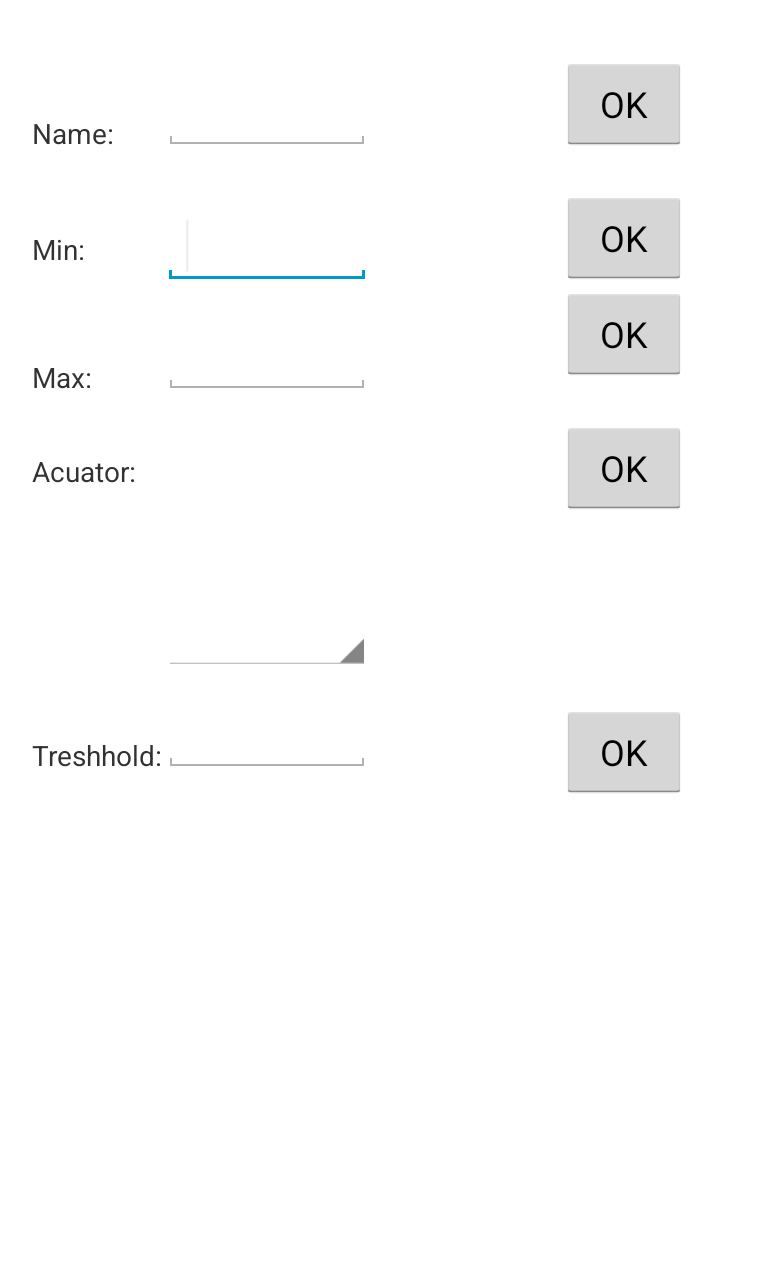
Repository: CTIS-SP-Team5/greenAgent
Layout: Android/GreenAgent/GreenAgent/res/layout/activity_view_setting.xml
An editor plug-in stored every save of this project. The layout is shown before and after the next save, followed by the edit.
It is drawn on a 768 x 1280 px phone screen (xhdpi) without system bars, with theme AppTheme; the app's code is not run.

Above is the layout before, as saved 2014-05-05 18:05:46.

After the next save:
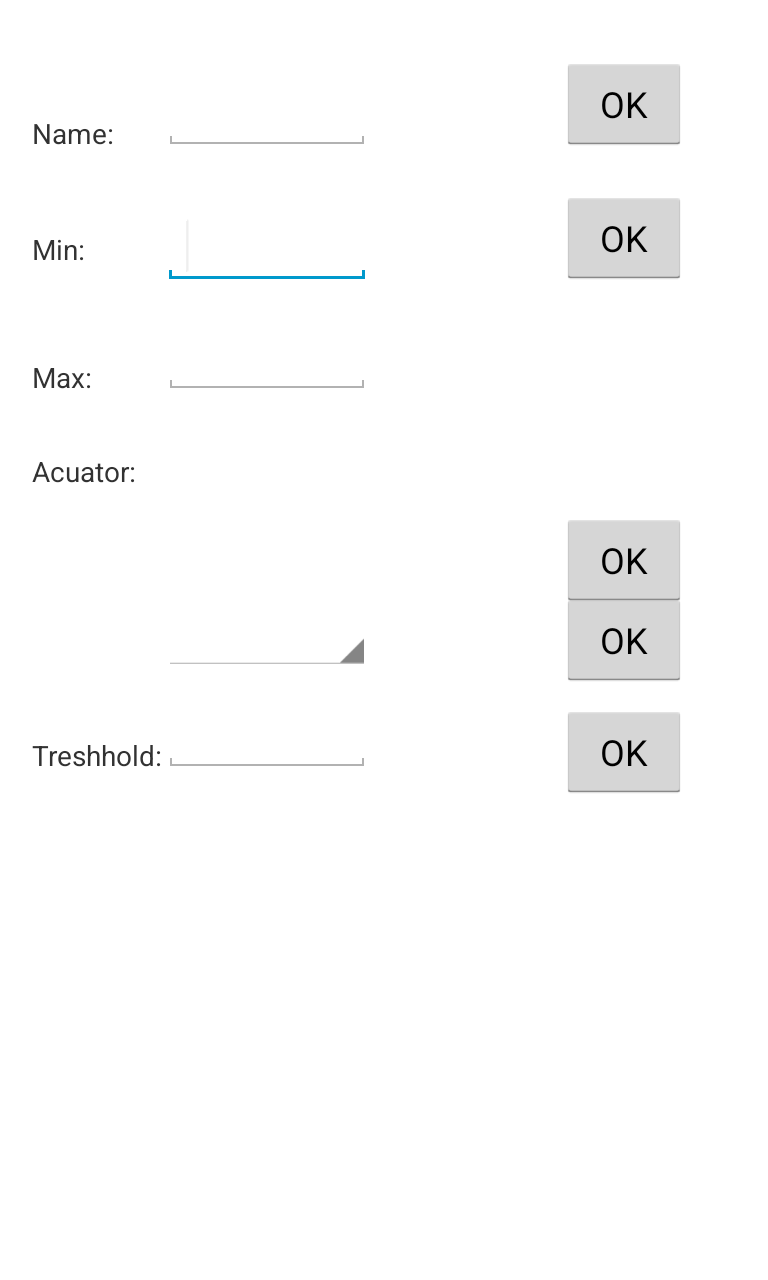
Saved 30 s later.
--- a/Android/GreenAgent/GreenAgent/res/layout/activity_view_setting.xml
+++ b/Android/GreenAgent/GreenAgent/res/layout/activity_view_setting.xml
@@ -88,14 +88,6 @@
         android:layout_centerVertical="true" />
 
     <Button
-        android:id="@+id/button3"
-        android:layout_width="wrap_content"
-        android:layout_height="wrap_content"
-        android:layout_alignRight="@+id/button2"
-        android:layout_below="@+id/button2"
-        android:text="OK" />
-
-    <Button
         android:id="@+id/button2"
         android:layout_width="wrap_content"
         android:layout_height="wrap_content"
@@ -110,15 +102,6 @@
         android:layout_alignBottom="@+id/editText1"
         android:layout_alignParentRight="true"
         android:layout_marginRight="24dp"
-        android:text="OK" />
-
-    <Button
-        android:id="@+id/button4"
-        android:layout_width="wrap_content"
-        android:layout_height="wrap_content"
-        android:layout_alignBaseline="@+id/textView4"
-        android:layout_alignBottom="@+id/textView4"
-        android:layout_alignLeft="@+id/button3"
         android:text="OK" />
 
     <Button
@@ -139,4 +122,20 @@
         android:layout_marginTop="32dp"
         android:text="Treshhold:" />
 
+    <Button
+        android:id="@+id/button4"
+        android:layout_width="wrap_content"
+        android:layout_height="wrap_content"
+        android:layout_alignLeft="@+id/button3"
+        android:layout_centerVertical="true"
+        android:text="OK" />
+
+    <Button
+        android:id="@+id/button3"
+        android:layout_width="wrap_content"
+        android:layout_height="wrap_content"
+        android:layout_above="@+id/spinner1"
+        android:layout_alignLeft="@+id/button2"
+        android:text="OK" />
+
 </RelativeLayout>
